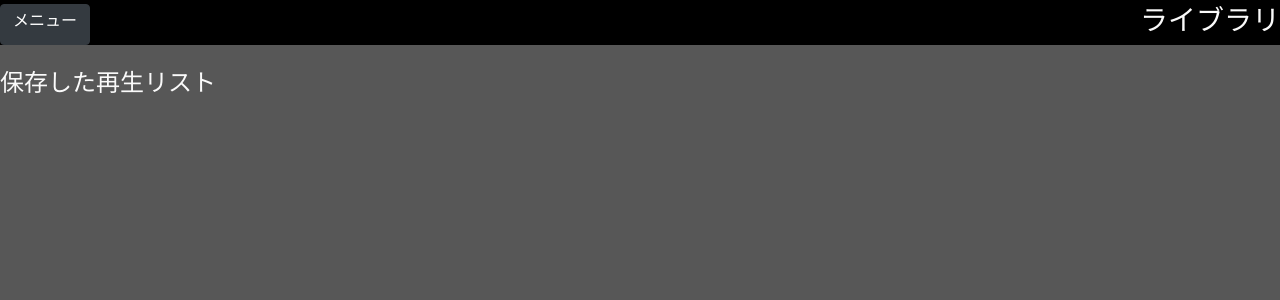
Repository: ShutaKamemura/Portfolio
Page: http://localhost/test/LibraryServlet
These files come from the project's save history. The page is drawn as it stood at one moment and after the next save; the edit follows.
The browser window is 1280 px wide. The pictures show the whole page.
Some web libraries are served in a nearby version. The page is served by Tomcat 9. Other server files are loaded and not shown.

Above is the page before, as saved 2020-06-29 05:35:01.
Console error: TypeError: Cannot read properties of null (reading 'addEventListener')

### test/WebContent/library.jsp
<%@ page language="java" contentType="text/html; charset=utf-8"
    pageEncoding="UTF-8"%>
<%@ taglib prefix="c" uri="http://java.sun.com/jsp/jstl/core" %>
<!DOCTYPE html>
<html>
<head>
<meta charset="UTF-8">
<title>ライブラリ</title>
<script src="https://kit.fontawesome.com/75beac86c5.js" crossorigin="anonymous"></script>
<link rel="stylesheet" href="https://stackpath.bootstrapcdn.com/bootstrap/4.5.0/css/bootstrap.min.css" integrity="sha384-9aIt2nRpC12Uk9gS9baDl411NQApFmC26EwAOH8WgZl5MYYxFfc+NcPb1dKGj7Sk" crossorigin="anonymous">
<link href="library.css" rel="stylesheet">
</head>
<body>
<header>
<h3>ライブラリ</h3>
		<div class="tab" onclick="obj=document.getElementById('open').style; obj.display=(obj.display=='none')?'block':'none';">
			<button class="btn btn-dark">
			<h6 style="cursor: pointer;">メニュー</h6></button>
		</div>
		<div id="open" style="display:none;clear:both;">

			<div class="header-left">
				<div class="btn-group-vertical" role="group" aria-label="積み重ねボタングループ">

				<form action="MypageServlet" method="get">
					<button name="btn" value="home" class="btn btn-dark" style="width: 130px;">
					<i class="fas fa-home fa-fw"></i>HOME</button>
				</form>

				<form action="MypageServlet" method="get">
					<button name="btn" value="search" class="btn btn-dark" style="width: 130px;">
					<i class="fa fa-search fa-fw"></i>検索</button>
					<input type="hidden" name="selectWay" value="username">
				</form>

				<form action="MypageServlet" method="get">
					<button name="btn" value="like" class="btn btn-dark" style="width: 130px;">
					<i class="fa fa-navicon fa-fw"></i>ライブラリ</button>
				</form>

				<form action="MypageServlet" method="get">
					<button name="btn" value="set" class="btn btn-dark" style="width: 130px;">
					<i class="fas fa-cog fa-spin"></i>設定</button>
				</form>

				</div>
			</div>
		</div>
</header>
<br>
<h4>保存した再生リスト</h4>

<div>
	<c:if test="${list != null}">

		<div class="container">
			<div class="row">
			<c:forEach var="item" items="${list}">
				<tr>
				<div class="col-lg-4">

					<video style="width: 300px; height: 200px;" src="${item.replay}.mp4" poster="${item.img}.jpg" id="video">
						<source src="${item.replay}.mp4" type="video/mp4">
					</video>
					<br>
					<button id="goFS" style="background: #fafafa">
					<i class="fa fa-play-circle-o "></i> 再生する</button>

					<br>${item.name}<br>[${item.category}]<br>

					<form action="MypageServlet" method="get">
						<button name="btn" value="keep" style="background: #575757">＋ 保存</button>
						<input type="hidden" name="code" value="${item.code}">
					</form>
					<br>
					<br>
				</div>
				</tr>
			</c:forEach>
			</div>
		</div>
	</c:if>
</div>

<script>
 					 var goFS = document.getElementById("goFS");
					  goFS.addEventListener("click", function() {
 					     var video = document.getElementById("video");
  					    video.requestFullscreen();
 					 }, false);

					  video.onclick = function (event) {
						  if (video.fullscreenElement) {
						    video.exitFullscreen()
						  }
						};
					</script>


</body>
</html>

### test/src/controller/LibraryServlet.java
package controller;

import java.io.IOException;
import java.sql.SQLException;

import javax.servlet.RequestDispatcher;
import javax.servlet.ServletContext;
import javax.servlet.ServletException;
import javax.servlet.annotation.WebServlet;
import javax.servlet.http.HttpServlet;
import javax.servlet.http.HttpServletRequest;
import javax.servlet.http.HttpServletResponse;

import dbAccess.DBAccess;

/**
 * Servlet implementation class LibraryServlet
 */
@WebServlet("/LibraryServlet")
public class LibraryServlet extends HttpServlet {
	private static final long serialVersionUID = 1L;
	public static DBAccess dbAccess;
	/**
	 * @see HttpServlet#doGet(HttpServletRequest request, HttpServletResponse response)
	 */
	protected void doGet(HttpServletRequest request, HttpServletResponse response) throws ServletException, IOException {



		ServletContext context = getServletContext();
		RequestDispatcher dis = context.getRequestDispatcher("/library.jsp");
		dis.forward(request, response);
	}

	/**
	 * @see HttpServlet#doPost(HttpServletRequest request, HttpServletResponse response)
	 */
	protected void doPost(HttpServletRequest request, HttpServletResponse response) throws ServletException, IOException {
		// TODO Auto-generated method stub
		doGet(request, response);
	}

}

### test/WebContent/library.css
@charset "UTF-8";

body{
	background: #575757;
	color: #fafafa;
}

header {
	height: 45px;
	width: 100%;
	padding-top: 4px;
	background: #000000;
}

header h3 {
	float: right;
	text-align: center;
}

.btn {
	float:left;
}

.form-control {
	background: #575757;
}

.row {
	text-align: center;
}

.video-btn {
    content: "";
    position: absolute;
    top:0;
    left:0;
    right:0;
    bottom:40px; /*コントローラー分下部に余白を*/
    cursor: pointer;
}

After the next save:
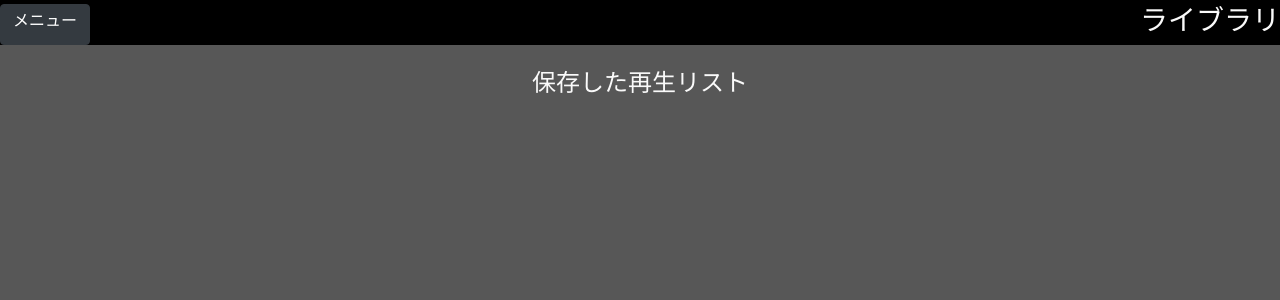
Saved 49 s later.
--- a/test/WebContent/library.css
+++ b/test/WebContent/library.css
@@ -21,10 +21,9 @@
 	float:left;
 }
 
-.form-control {
-	background: #575757;
+h4 {
+	text-align: center;
 }
-
 .row {
 	text-align: center;
 }

After the save that followed:
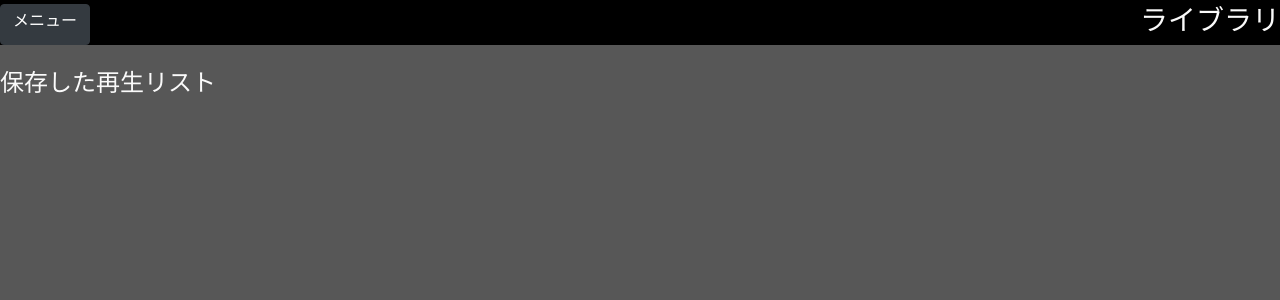
Saved 2 min 22 s later.
--- a/test/WebContent/library.css
+++ b/test/WebContent/library.css
@@ -21,7 +21,7 @@
 	float:left;
 }
 
-h4 {
+text {
 	text-align: center;
 }
 .row {
